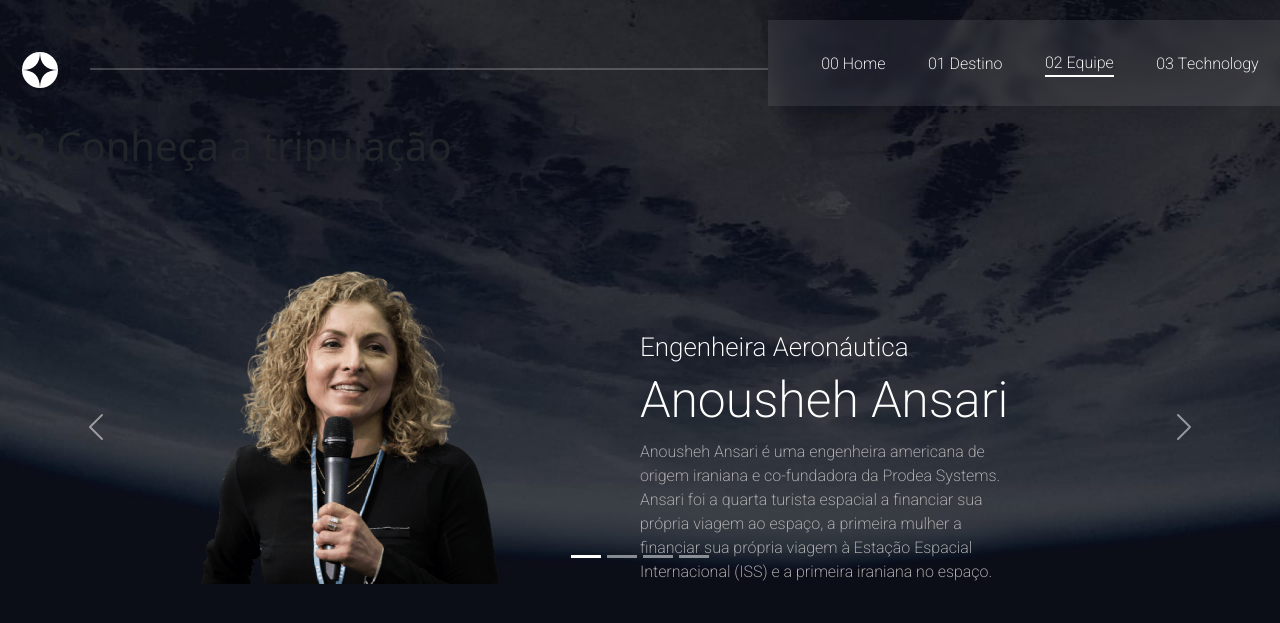
Repository: Leonngc/space-site
Page: crew-commander.html
These files come from the project's save history. The page is drawn as it stood at one moment and after the next save; the edit follows.
The browser window is 1280 px wide. The pictures show the whole page.
Some web libraries are served in a nearby version.

Above is the page before, as saved 2023-05-01 16:20:23.

After the next save:
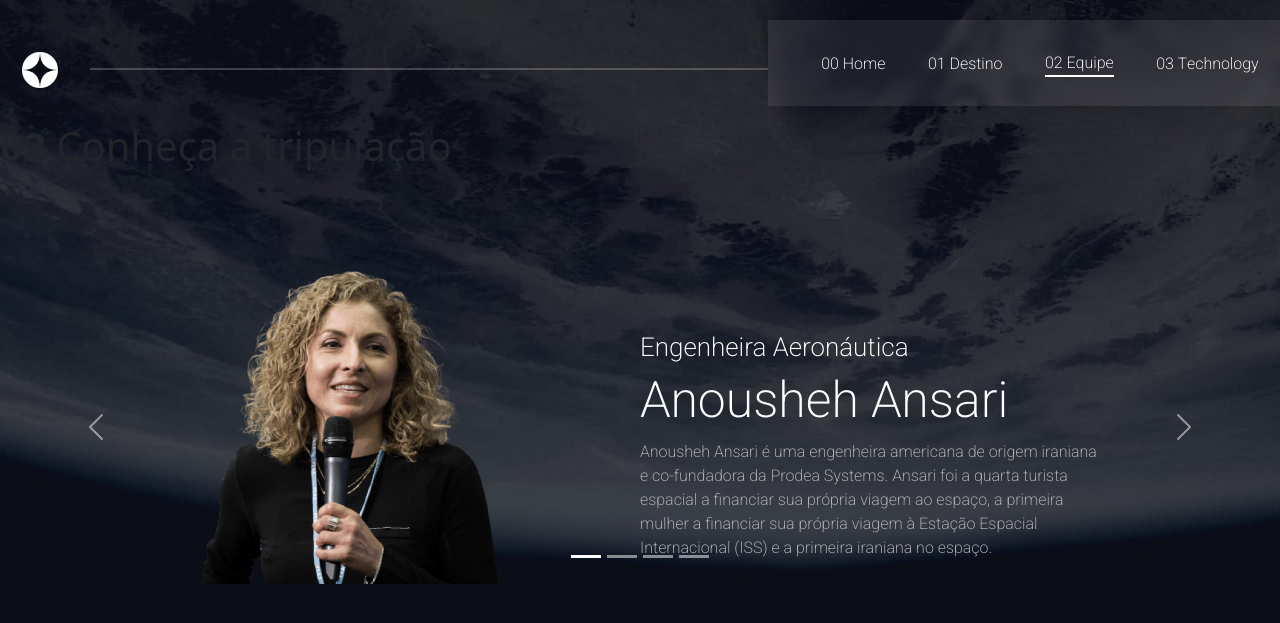
Saved 20 s later.
--- a/starter-code/styles/crew.css
+++ b/starter-code/styles/crew.css
@@ -31,7 +31,7 @@ body{
     top: 20%;
     left: 50%;
     color: white;
-    width: 30vw;
+    width: 36vw;
     font-family: var(--paragraph-font);
 }
 
